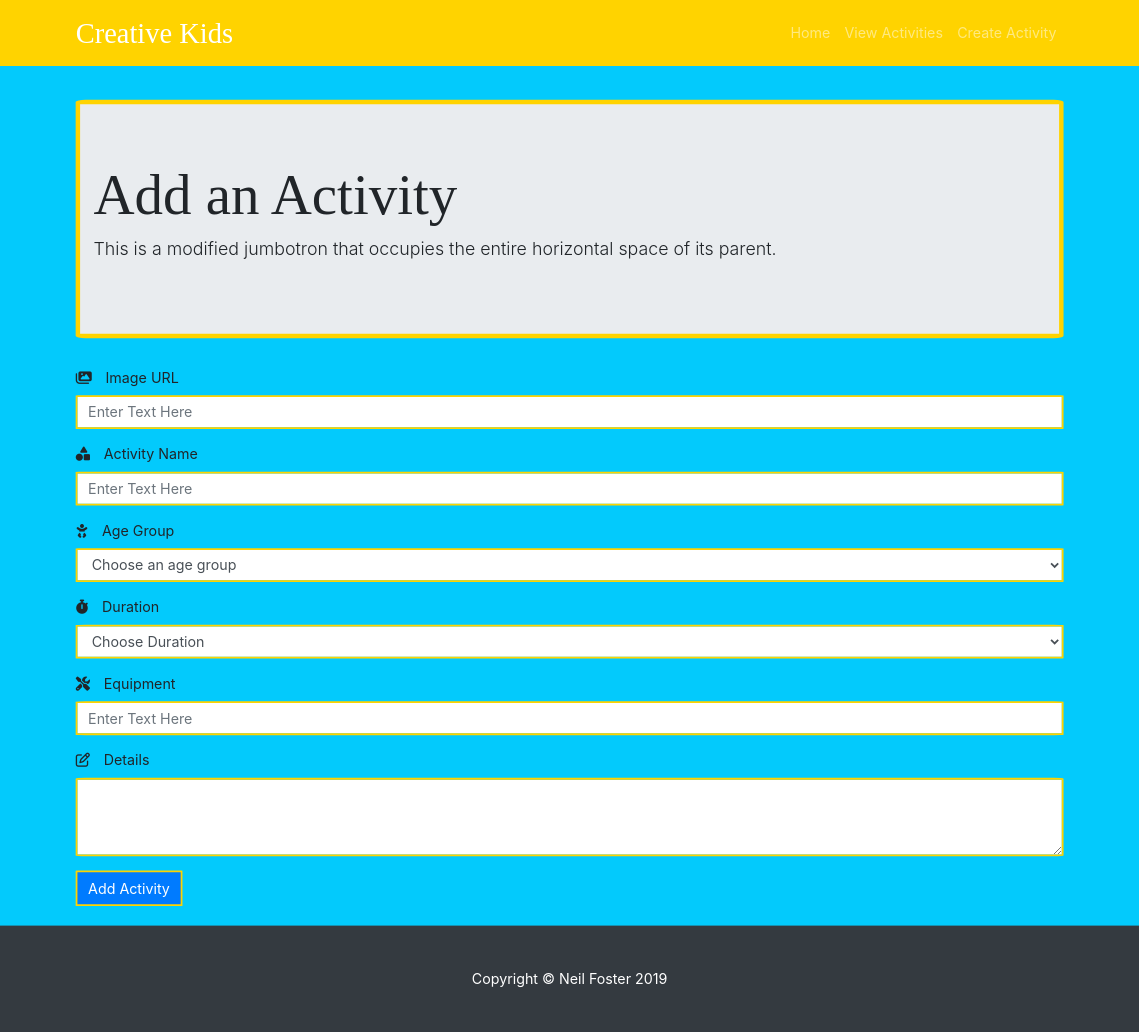
Repository: Neilfoster/milestone_project_3
Page: http://localhost/add_activity
The author's editor kept a record of every edit. The page is drawn from the files as they stood at one moment, then again after the next edit.
The browser window is 1280 px wide. The pictures show the whole page, at 89% of full size.
Some web fonts or font styles are not loaded; a fallback is used. Some web libraries are served in a nearby version. The page is served by the project's application, run on Flask 3 (app.py). Queries for data that is not in the repository find no rows.

Above is the page before.

### templates/add_activity.html
{% extends "base.html" %} {% block content %}
<div class="container">
    <!-- Heading -->
    <div class="jumbotron jumbotron-fluid cstm_jumb">
        <div class="container">
            <h1 class="display-4 add_title"><strong>Add an Activity</strong></h1>
            <p class="lead">This is a modified jumbotron that occupies the entire horizontal space of its parent.</p>
        </div>
    </div>

    <!--forum -->
    <form action="{{url_for('insert_activity')}}" method="POST">
        <div class="form-group">
            <i class="fas fa-images fa-1x "></i>
            <label class="forum_text" for="activity_image">Image URL</label>
            <input type="text" class="form-control add_forum" id="activity_image" name="activity_image" placeholder="Enter Text Here" required>
        </div>
        <div class="form-group">
            <i class="fas fa-shapes fa-1x "></i>
            <label class="forum_text" for="activity_name">Activity Name</label>
            <input type="text" class="form-control add_forum" id="activity_name" name="activity_name" placeholder="Enter Text Here" required>
        </div>
        <div class="form-group">
            <i class="fas fa-baby "></i>
            <label class="forum_text" for="age_group">Age Group</label>
            <select class="form-control add_forum" id="age_group" name="age_group" required>
               <option value="" disabled selected>Choose an age group</option>
                 {% for age in ages %}
               <option value="{{age.age_group}}">{{age.age_group.capitalize()}}</option>
                 {% endfor %}
            </select>
        </div>
        <div class="form-group">
            <i class="fas fa-stopwatch "></i>
            <label class="forum_text" for="activity_duration">Duration</label>
            <select class="form-control add_forum" id="activity_duration" name="activity_duration" required>
                <option value="" disabled selected>Choose Duration</option>
                {% for duration in durations %}
                <option value="{{duration.activity_duration}}">{{duration.activity_duration.capitalize()}}</option>
                {% endfor %}
            </select>

        </div>
        <div class="form-group">
            <i class="fas fa-tools "></i>
            <label class="forum_text" for="equipment">Equipment</label>
            <input type="text" class="form-control add_forum" id="equipment" name="equipment" placeholder="Enter Text Here" required>
        </div>

        <div class="form-group">
            <i class="far fa-edit "></i>
            <label class="forum_text" for="details">Details</label>
            <textarea class="form-control add_forum" id="details" name="details" rows="3" required></textarea>
        </div>

        <button class="btn btn-primary my_button add_forum" type="submit" name="action">Add Activity</button>
    </form>
</div>
{% endblock %}

### templates/base.html
<!DOCTYPE html>
<html lang="en">

<head>

  <meta charset="utf-8">
  <meta name="viewport" content="width=device-width, initial-scale=1, shrink-to-fit=no">
  <meta name="description" content="">
  <meta name="author" content="">

  <title>Creative Kids</title>

  <!-- Bootstrap core CSS -->
  <link href="static/css/bootstrap.min.css" rel="stylesheet">

  <!-- CDN for Bootstrap core CSS -->
  <!-- <link rel="stylesheet" href="https://stackpath.bootstrapcdn.com/bootstrap/4.3.1/css/bootstrap.min.css" type="text/css" /> -->

  <!-- Custom styles for this template -->
  <link href="static/css/small-business.css" rel="stylesheet">

  <!-- Custom styles-->
  <link href="static/css/style.css" rel="stylesheet">

  <!-- Google Fonts-->
  <link href="https://fonts.googleapis.com/css?family=Butterfly+Kids&display=swap" rel="stylesheet">

</head>

<body>

<!-- Navigation -->
  <nav class="navbar navbar-expand-lg navbar-dark fixed-top cstmnav">
    <div class="container">
      <a class="navbar-brand nav_txt" href="{{url_for('get_activities')}}">Creative Kids</a>
      <button class="navbar-toggler" type="button" data-toggle="collapse" data-target="#navbarResponsive" aria-controls="navbarResponsive" aria-expanded="false" aria-label="Toggle navigation">
        <span class="navbar-toggler-icon"></span>
      </button>
      <div class="collapse navbar-collapse" id="navbarResponsive">
        <ul class="navbar-nav ml-auto">
          <li class="nav-item">
            <a class="nav-link" href="{{url_for('get_activities')}}">Home
              <span class="sr-only">(current)</span>
            </a>
          </li>
          <li class="nav-item">
            <a class="nav-link" href="{{url_for('activity_view')}}">View Activities</a>
          </li>
          <li class="nav-item">
            <a class="nav-link" href="{{url_for('add_activity')}}">Create Activity</a>
          </li>
        </ul>
      </div>
    </div>
  </nav>

  {% block content %} {% endblock %}



<!-- Footer -->
  <footer class="py-5 bg-dark">
    <div class="container">
      <p class="m-0 text-center text-white">Copyright &copy; Neil Foster 2019</p>
    </div>
<!-- /.container -->
  </footer>

<!-- Bootstrap core JavaScript -->
  <script src="static/js/jquery.min.js"></script>
  <script src="static/js/bootstrap.bundle.min.js"></script>

<!-- Font Awesome js-->
  <script src="https://kit.fontawesome.com/8aa891fdce.js" crossorigin="anonymous"></script>
</body>

</html>

### app.py
import os
from flask import Flask, render_template, redirect, request, url_for, jsonify
from flask_pymongo import PyMongo, pymongo
from bson.objectid import ObjectId

app = Flask(__name__)

# ENVIROMENT VARIABLES
app.config["MONGO_DBNAME"] = 'milestoneproject3me'
app.config["MONGO_URI"] = os.environ.get('mongo_uri')

mongo = PyMongo(app)

@app.route('/')
@app.route('/get_activities')
def get_activities():
    '''
    Route for Landing Page
    '''
    return render_template("home.html",
                            activities=mongo.db.Activities.find())


@app.route('/activity_view', methods=['POST', 'GET'])
def activity_view():
    '''
    Route For Activity page, Allows users to view all actvities,
    filterted activities and pagination
    '''
    ages = mongo.db.ages.find()
    durations = mongo.db.duration.find()

    # This will only happen if the user has selected age and duration restrictions
    if request.method == 'POST':
        # Should decide what the default is, and assign it here, in case user
        # submits form without making a choice.
        # request.form.get('age_group', default_value)

        user_supplied_age_group = request.form.get('age_group')
        user_supplied_activity_duration = request.form.get('activity_duration')

        activities = mongo.db.Activities.find(
               {
                'age_group': user_supplied_age_group,
                'activity_duration': user_supplied_activity_duration
               }
        )

    # This block gets executed the first time the user comes to the page.
    else:
        # Get all activities
        activities = mongo.db.Activities.find()


    return render_template('activity_view.html', ages=ages , durations=durations, activities=activities)


@app.route('/add_activity', methods=['POST', 'GET'])
def add_activity():
    '''
    Route for adding an activity
    '''
    return render_template('add_activity.html',
                            ages = mongo.db.ages.find(),
                            durations = mongo.db.duration.find())

@app.route('/insert_activity', methods=['POST'])
def insert_activity():
    '''
    Route for Activity added
    '''
    activities=mongo.db.Activities
    activities.insert_one(request.form.to_dict())
    return redirect(url_for('activity_view'))


if __name__ == "__main__":
    app.run(host=os.environ.get('IP'),
        port=int(os.environ.get('PORT')),
        debug=True)

### static/css/style.css
/* All Pages */
body {
    background-color: #03cafc;
}

.cstm_select {
    border: 2px solid #ffd300;
    border-radius:1%;
    margin-top:1%;
    margin-bottom: 1%;
}

/* Add Activity Page */

.forum_text {
    margin-left: 1%;
}

.my_button{
    margin-bottom: 2%;
}

.cstm_select {
    border: 2px solid #ffd300;
    border-radius:1%;
    margin-top:1%;
    margin-bottom: 1%;
}

.add_forum {
     border: 2px solid #ffd300;
    border-radius:1%;
}

/* Activity View Page */

.cstm_jumb{
    border: 5px solid #ffd300;
    border-radius:1%;
    margin-top: 5%;
}

.crd_img {
    height: 100%;
    width: 100%;
}

.add_title {
    font-family: 'Butterfly Kids', cursive;
    font-size: 4rem;
}

.cstm_card {
    border: 2px solid #ffd300;
    border-radius:1%;
    margin:1%;
}

/* Home Page */

.home_title {
    font-family: 'Butterfly Kids', cursive;
    font-size:3rem;
}

.cstm_jumb_home{
    background-color: #ffd300;
}


/* Base HTML */

.nav_txt {
    font-size:2rem;
    font-family: 'Butterfly Kids', cursive;
}

.cstmnav{
    background-color: #ffd300;
}

Loaded but not shown: static/css/bootstrap.min.css (library); static/css/small-business.css (common file); static/js/jquery.min.js (library); static/js/bootstrap.bundle.min.js (library)

After the next edit:
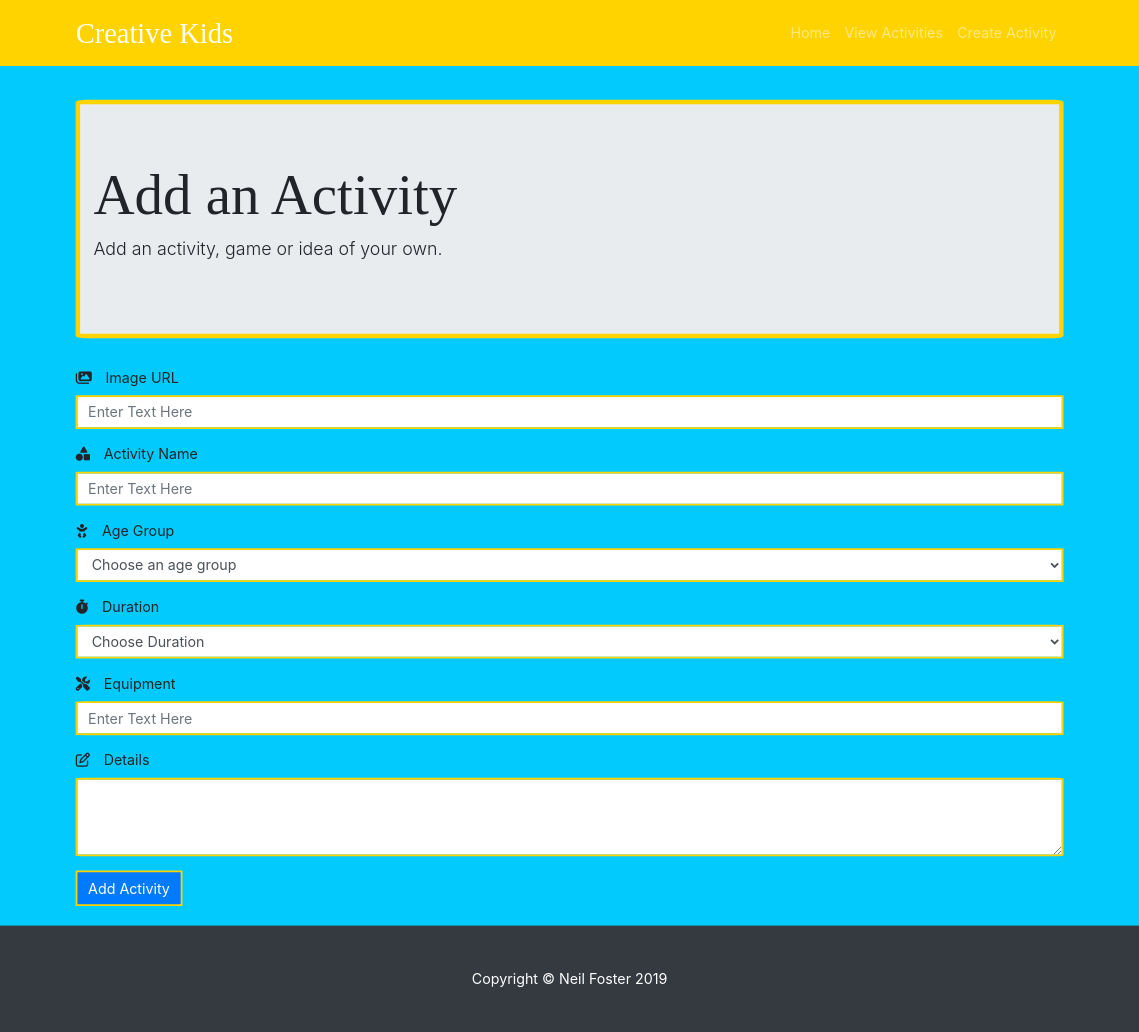
The edit:
--- a/templates/add_activity.html
+++ b/templates/add_activity.html
@@ -4,7 +4,7 @@
     <div class="jumbotron jumbotron-fluid cstm_jumb">
         <div class="container">
             <h1 class="display-4 add_title"><strong>Add an Activity</strong></h1>
-            <p class="lead">This is a modified jumbotron that occupies the entire horizontal space of its parent.</p>
+            <p class="lead">Add an activity, game or idea of your own.</p>
         </div>
     </div>
 
